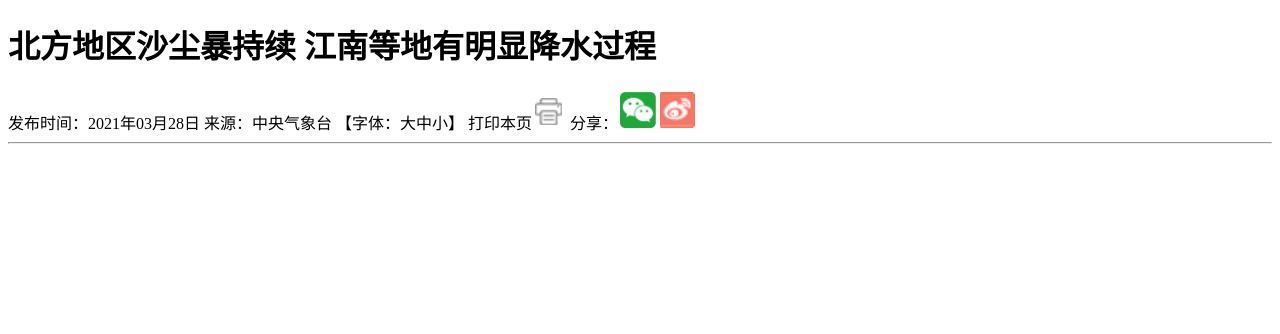
Repository: zhengdeya/web-based
Page: 16-新闻页面/index.html
The author's editor kept a copy of each file at every save. The page is drawn from the files as they stood at one save, then again after the next save.
The browser window is 1280 px wide. The pictures show the whole page.

Above is the page before, as saved 2021-03-28 15:59:23.

### 16-新闻页面/index.html
<!DOCTYPE html>
<html lang="zh-CN">
<head>
    <meta charset="UTF-8">
    <meta http-equiv="X-UA-Compatible" content="IE=edge">
    <meta name="viewport" content="width=device-width, initial-scale=1.0">
    <title>天气新闻</title>
</head>
<body>
    <h1>北方地区沙尘暴持续 江南等地有明显降水过程</h1>
    <div>发布时间：2021年03月28日 来源：中央气象台
        【字体：大中小】
        打印本页<img src="imgs/2021-03-28_155244.png" alt="">
        分享：<img src="imgs/2021-03-28_155416.png" alt="">
        <img src="imgs/2021-03-28_155359.png" alt="">
    </div>
    <!-- 水平线 -->
    <hr>
</body>
</html>

After the next save:
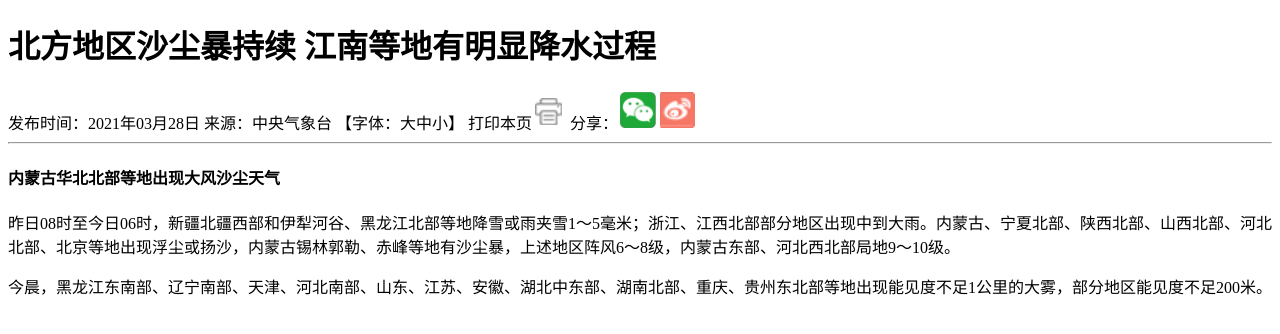
Saved 74 s later.
--- a/16-新闻页面/index.html
+++ b/16-新闻页面/index.html
@@ -16,5 +16,10 @@
     </div>
     <!-- 水平线 -->
     <hr>
+    <div>
+        <h4>内蒙古华北北部等地出现大风沙尘天气</h4>
+        <p>昨日08时至今日06时，新疆北疆西部和伊犁河谷、黑龙江北部等地降雪或雨夹雪1～5毫米；浙江、江西北部部分地区出现中到大雨。内蒙古、宁夏北部、陕西北部、山西北部、河北北部、北京等地出现浮尘或扬沙，内蒙古锡林郭勒、赤峰等地有沙尘暴，上述地区阵风6～8级，内蒙古东部、河北西北部局地9～10级。</p>
+        <p>今晨，黑龙江东南部、辽宁南部、天津、河北南部、山东、江苏、安徽、湖北中东部、湖南北部、重庆、贵州东北部等地出现能见度不足1公里的大雾，部分地区能见度不足200米。</p>
+    </div>
 </body>
 </html>
